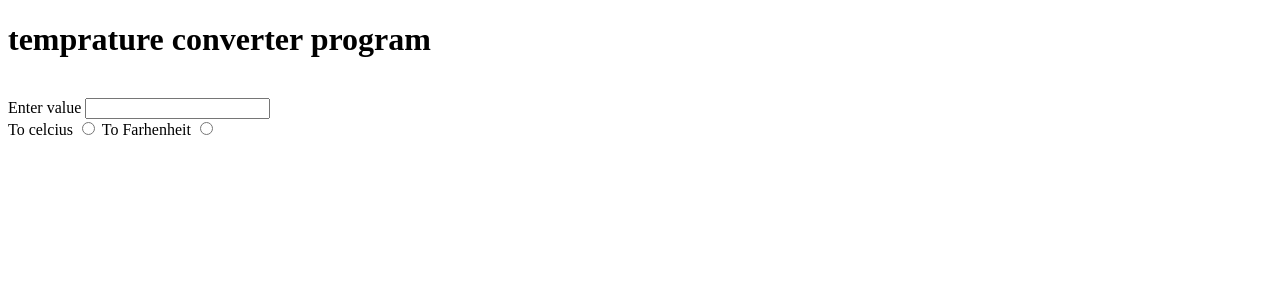
Repository: albinsabu2023/Stopwatch-program
Page: index.html
The author's editor kept a copy of each file at every save. The page is drawn from the files as they stood at one save, then again after the next save.
The browser window is 1280 px wide. The pictures show the whole page.

Above is the page before, as saved 2023-03-02 22:48:09.

### index.html
<!DOCTYPE html>

<head>
    <meta charset="UTF-8">
    <meta http-equiv="X-UA-Compatible" content="IE=edge">
    <meta name="viewport" content="width=device-width, initial-scale=1.0">
    <link rel="stylesheet" href="style.css">
    <title>Document</title>
</head>
    <h1>temprature converter program</h1><br>
    <label>Enter value</label>
    <input type="text" id="text"></input><br>
    <label> To celcius</label>
    <input type="radio"  id="cel"></input>
    <label> To Farhenheit</label>
    <input type="radio" id="far"></input>
    <label id="ans"></label>
    <script src="index.js"></script>
</body>
</html>

### index.js
//SCOPE
/** let is limited to block
 *  var is referenced to a function
 * for(var i){
 * }
 * console.log(i) /// ERRROR!!!! cant acces
 *
 */

//locale and options
//  -----------------------
// let num = 1234.56;
// num = num.toLocaleString("en-us"); ///english usa
// console.log(num);
// num = num.toLocaleString("hi-In"); //hindi india
// console.log(num);
// num = num.toLocaleString("de-De"); //standard german
// console.log(num);
//  convert to currency
//  TO CURRENCY
//------------------

// let num = 12345.467;
// num = num.toLocaleString("en-US", { style: "currency", currency: "INR" });
// console.log(num);
//TO UNIT AND PERCENTAGE
//-----------------------------------
// num = num.toLocaleString("undefined", { style: "percentage", });
// num = num.toLocaleString("undefined", { style: "unit",,unit:"celcius" });

//NUMBER GUESSING PROGRAM
{
  /* <h1>Number Guessing Game</h1>
    <p>Pick a number between 1 to 10</p>
    <label>enter a guess</label>
    <input id="guess" type="text"></input>
    <input type="submit" id="submit"></input> */
}
// const ans = Math.floor(Math.random() * 10 + 1);
// let guess = 0;
// document.getElementById("submit").onclick = function () {
//   guess = document.getElementById("guess").value;
//   if (guess == ans) {
//     alert(`${ans} is the number it took ${guess} `);
//   } else if (guess < ans) {
//     console.log("too small");
//   } else if (guess > num) {
//     console.log("too big");
//   }
// };

//TEMPRATURE CONVERTER PROGRAM

Loaded but not shown: style.css (no stored copy; drawn as an empty file)

After the next save:
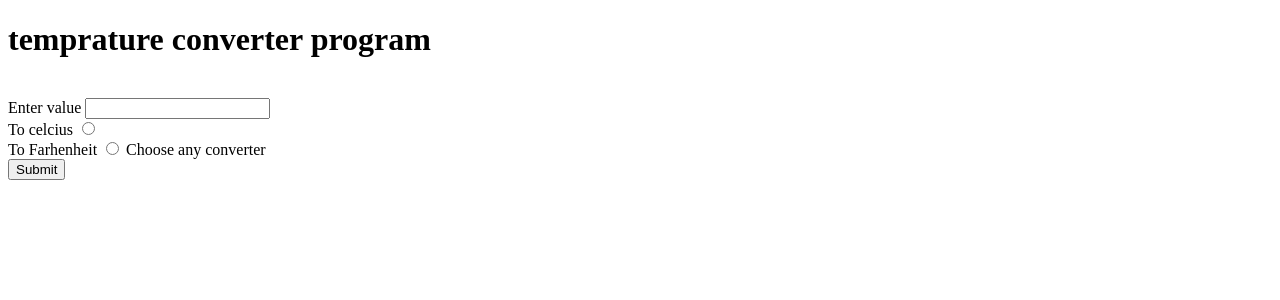
Saved 56 s later.
--- a/index.html
+++ b/index.html
@@ -11,10 +11,11 @@
     <label>Enter value</label>
     <input type="text" id="text"></input><br>
     <label> To celcius</label>
-    <input type="radio"  id="cel"></input>
+    <input type="radio"  id="cel"></input><br>
     <label> To Farhenheit</label>
     <input type="radio" id="far"></input>
-    <label id="ans"></label>
+    <label id="ans"> Choose any converter</label><br>
+    <button type="submit" id ="submit">Submit</button>
     <script src="index.js"></script>
 </body>
 </html>
